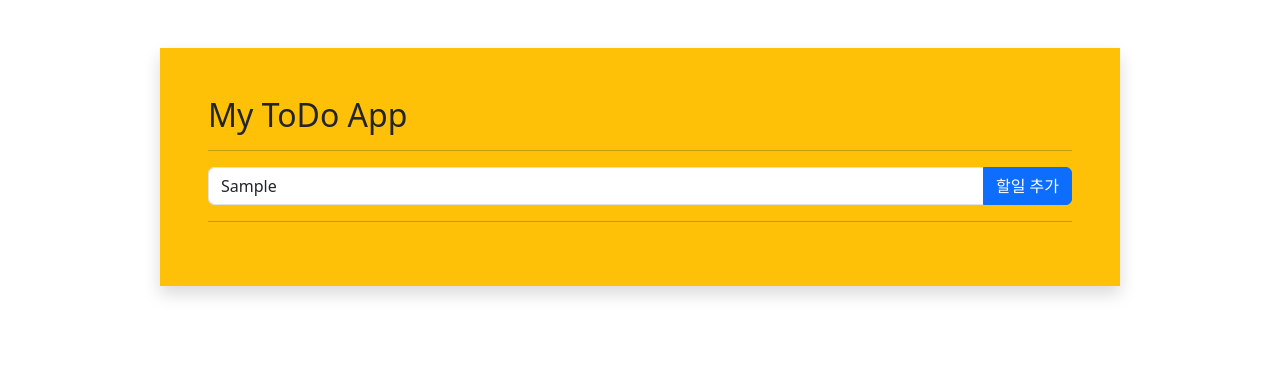
Repository: Hiron-Musk/JSP_ex
Page: jwbook/src/main/webapp/ch03/todoapp.html
These files come from the project's save history. The page is drawn as it stood at one moment and after the next save; the edit follows.
The browser window is 1280 px wide. The pictures show the whole page.
Empty fields were first filled with sample values (such as "Sample", 5 or name@example.com).
After loading, the first visible `button.btn` was clicked once.

Above is the page before, as saved 2024-03-08 05:59:38.

### jwbook/src/main/webapp/ch03/todoapp.html
<!DOCTYPE html>
<html>
	<head>
		<meta charset="UTF-8">
		<title>실습3-2</title>
		<link href="https://cdn.jsdelivr.net/npm/bootstrap@5.3.3/dist/css/bootstrap.min.css" rel="stylesheet" integrity="sha384-QWTKZyjpPEjISv5WaRU9OFeRpok6YctnYmDr5pNlyT2bRjXh0JMhjY6hW+ALEwIH" crossorigin="anonymous">

		<script>
			function addItem(){
				let todo=document.getElementById("item");
				let list=document.getElementById("todolist");
				let listitem=document.createElement("li");
			}

		</script>

	</head>
	<body>
		<div class="container bg-warning shadow mx-auto mt-5 p-5 w-75">
			<h2>My ToDo App</h2>
			<hr>
			<div class="input-group">
				<input id="item" class="form-control" type="text" placeholder="할일을 입력하세요..">
				<button type="button" class="btn btn-primary" onclick="addItem()">할일 추가</button>
			</div>
				<hr>
				<ul id="todolist" class="list-group"></ul>
		</div>
	</body>
</html>

After the next save:
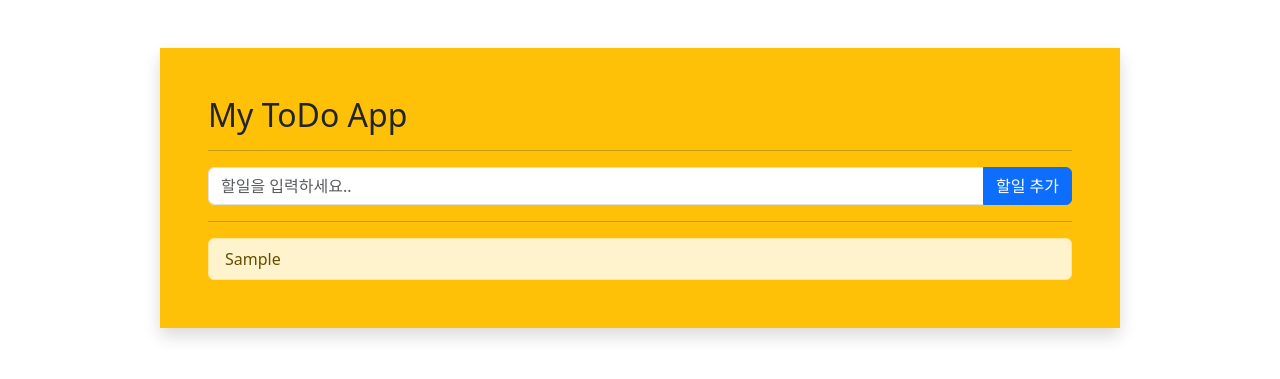
Console error: ReferenceError: rodo is not defined
Saved 2 min 19 s later.
--- a/jwbook/src/main/webapp/ch03/todoapp.html
+++ b/jwbook/src/main/webapp/ch03/todoapp.html
@@ -10,6 +10,13 @@
 				let todo=document.getElementById("item");
 				let list=document.getElementById("todolist");
 				let listitem=document.createElement("li");
+
+				listitem.className="d-flex list-group-item list-group-item-action list-group-item-warning";
+				listitem.innerText=todo.value;
+
+				list.appendChild(listitem);
+				todo.value="";
+				rodo.focus();
 			}
 
 		</script>

After the save that followed:
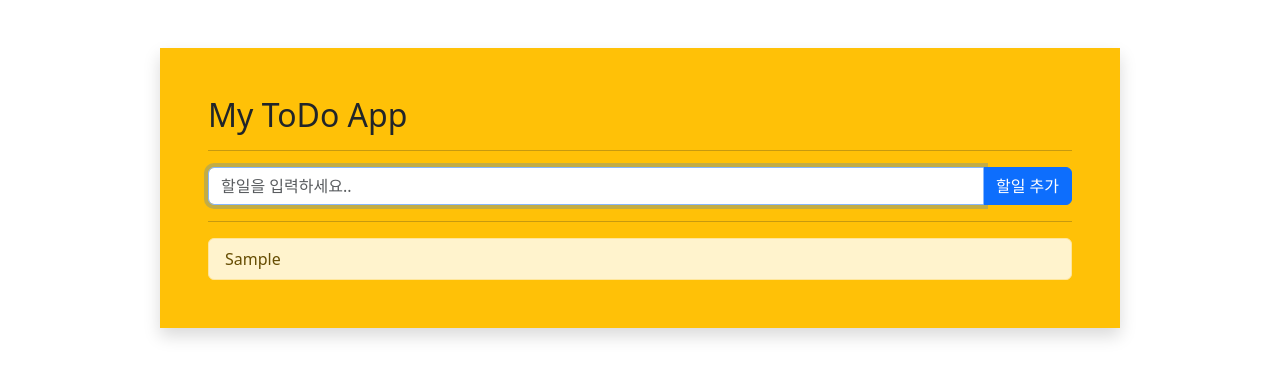
The error is gone.
Saved 39 s later.
--- a/jwbook/src/main/webapp/ch03/todoapp.html
+++ b/jwbook/src/main/webapp/ch03/todoapp.html
@@ -16,7 +16,7 @@
 
 				list.appendChild(listitem);
 				todo.value="";
-				rodo.focus();
+				todo.focus();
 			}
 
 		</script>
